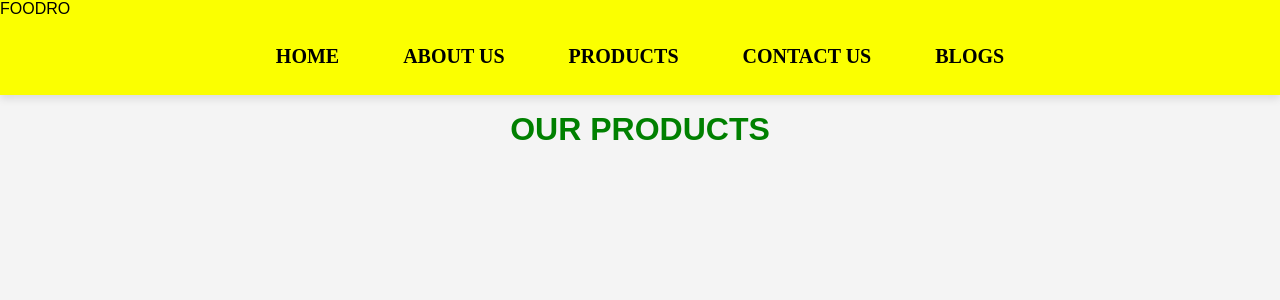
Repository: SharonSebastian32/ecommerce-web-using-react-framework
Page: /product
The author's editor kept a copy of each file at every save. The page is drawn from the files as they stood at one save, then again after a run of saves.
The browser window is 1280 px wide. The pictures show the whole page.
The page's requests for data from a server got no answer. Some web fonts or font styles are not loaded; a fallback is used. The project was rebuilt for these pictures with package versions that can differ from the ones it lists, and the page was loaded fresh each time. No one was signed in, and anything a server would have sent is missing. Also part of the build but not shown: src/Style/homeStyle.css, src/pages/Home.jsx, src/pages/Blogs.jsx, src/pages/Contact.jsx, src/pages/NoPage.jsx, src/pages/About.jsx, src/ProductPage/productCard.jsx, src/index.css.

Above is the page before, as saved 2024-07-02 12:05:46.

After the next 4 saves:
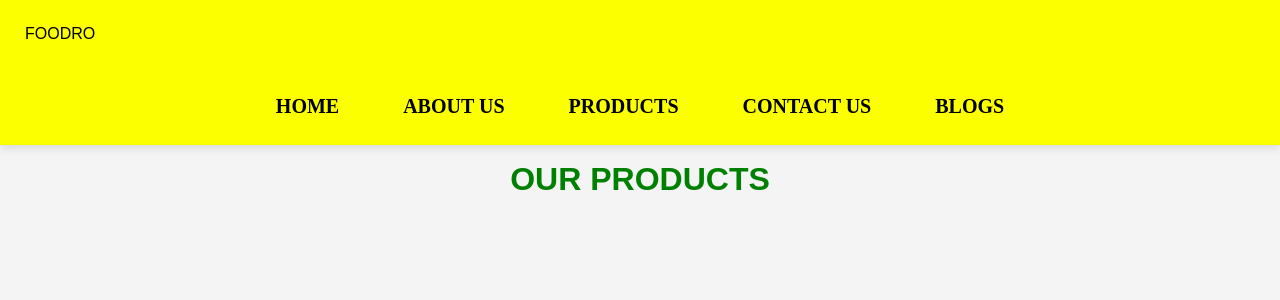
The 4 saves are shown as one change because they came seconds apart.
The last was saved 11 s later.
--- a/src/pages/Layout.jsx
+++ b/src/pages/Layout.jsx
@@ -6,7 +6,7 @@
     <>
 
       <nav>
-        <div style={{textAlign:" "}}>
+        <div style={{padding:'25px'}}>
           FOODRO
         </div>
         <ul>

After the 5 saves that followed:
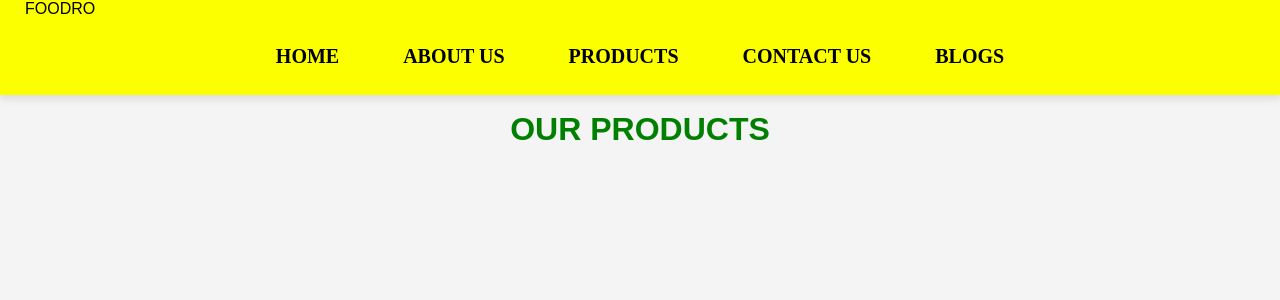
The 5 saves are shown as one change because 1 did not build or start and some came seconds apart.
The last was saved 30 s later.
--- a/src/pages/Layout.jsx
+++ b/src/pages/Layout.jsx
@@ -6,7 +6,7 @@
     <>
 
       <nav>
-        <div style={{padding:'25px'}}>
+        <div style={{paddingLeft:'25px'}}>
           FOODRO
         </div>
         <ul>
